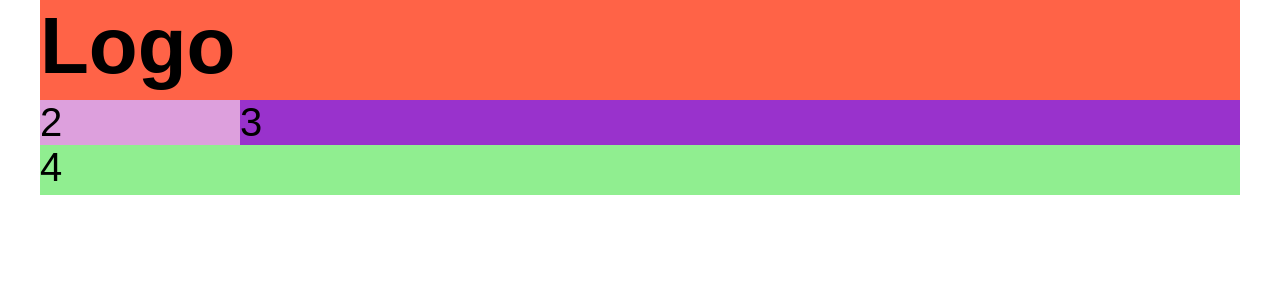
Repository: danilodscosta/CursoHTML
Page: aula1/aulascss.html
An editor plug-in stored every save of this project. The page is shown before and after the next save, followed by the edit.
The browser window is 1280 px wide. The pictures show the whole page.

Above is the page before, as saved 2024-01-18 19:59:52.

### aula1/aulascss.html
<!DOCTYPE html>
<html lang="pt-BR">

<head>
    <meta charset="utf-8">
    <meta name="viewport" content="width=device-width, inital-scale=1.0">
    <title>Aulas CSS</title>
    <link rel="stylesheet" href="assets/css/aulasstyle.css">
</head>



<body>
    <div class="container">
        <div class="grid">
            <div>
                <h1>Logo</h1>
                <nav>Menu</nav>
            </div>
            <div>2</div>
            <div>3</div>
            <div>4</div>
        </div>
    </div>

</body>
</html>

### aula1/assets/css/aulasstyle.css
/*
ID Classes, atributos e pseudo-classes  Elementos e pseudo-elementos
*/

* {
    margin: 0;
    padding: 0;
    box-sizing: border-box;
}


body {
    font-family: sans-serif;
    font-size: 40px;
}

.container {
    max-width: 1200px;
    margin: 0 auto;
}

.grid {
    display: grid;
    grid-template-rows: 100px 1fr 50px;
    grid-template-columns: 200px 1fr;
    grid-template-areas:
        'header header'
        'nav main'
        'footer footer';
}

.grid div:nth-child(1) {
    grid-area: header;
    background: tomato;
}

.grid div:nth-child(2) {
    grid-area: nav;
    background: plum;
}

.grid div:nth-child(3) {
    grid-area: main;
    background: darkorchid;
}

.grid div:nth-child(4) {
    grid-area: footer;
    background: lightgreen;
}


@media all and (max-width: 568px) {
    .grid .col {
        width: 100%;
    }
}

@media all and (min-width: 569px) and (max-width: 768px) {
    .grid .col {
        width: 50%;
    }
}

@media all and (min-width: 769px) and (max-width: 1200px) {
    .grid .col {
        width: 33.33%;
    }
}

@media all and (min-width: 1201px) and (max-width: 2400px) {
    .grid .col {
        width: 25%;
    }
}

After the next save:
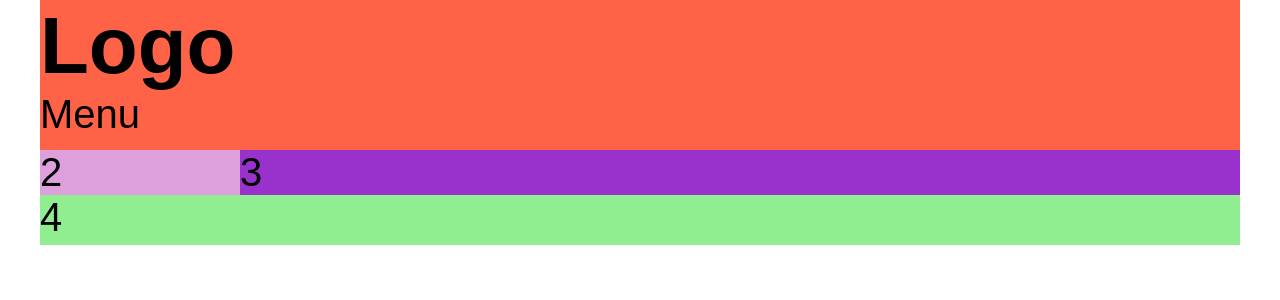
Saved 11 s later.
--- a/aula1/assets/css/aulasstyle.css
+++ b/aula1/assets/css/aulasstyle.css
@@ -21,7 +21,7 @@ body {
 
 .grid {
     display: grid;
-    grid-template-rows: 100px 1fr 50px;
+    grid-template-rows: 150px 1fr 50px;
     grid-template-columns: 200px 1fr;
     grid-template-areas:
         'header header'
